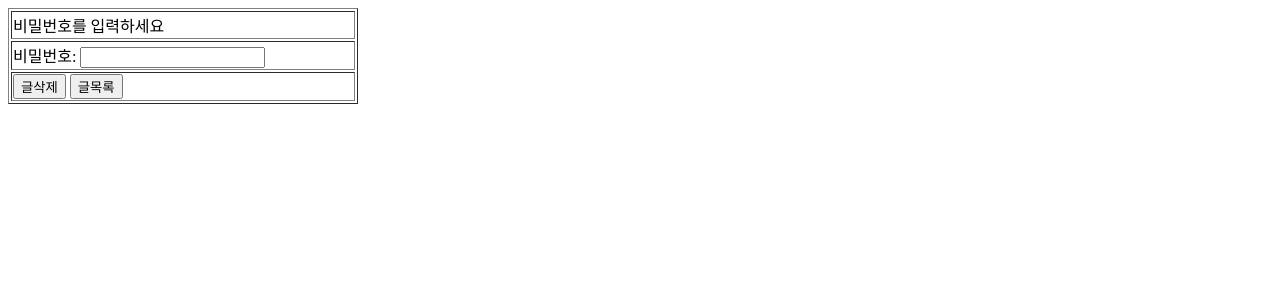
Repository: uj06134/Metabuild_JSP
Page: http://localhost/06_Board/deleteForm.jsp
The author's editor kept a copy of each file at every save. The page is drawn from the files as they stood at one save, then again after the next save.
The browser window is 1280 px wide. The pictures show the whole page.
The page is served by Tomcat 9. Other server files are loaded and not shown.

Above is the page before, as saved 2025-09-16 00:42:16.

### 06_Board/src/main/webapp/deleteForm.jsp
<%@ page language="java" contentType="text/html; charset=UTF-8"
    pageEncoding="UTF-8"%>
<!-- content.jsp(num, pageNum) => deleteForm.jsp -->
<%
	String num = request.getParameter("num");
	String pageNum = request.getParameter("pageNum");
%>
<form method="post" action="deleteProc.jsp">
	<table width="350" border="1">
		<tr>
			<td>비밀번호를 입력하세요</td>
		</tr>
		<tr>
			<td>
				비밀번호:
				<input type="password" name="passwd">
			</td>
		</tr>
		<tr>
			<td>
				<input type="submit" value="글삭제">
				<input type="button" value="글목록">
			</td>
		</tr>
	</table>
</form>

After the next save:
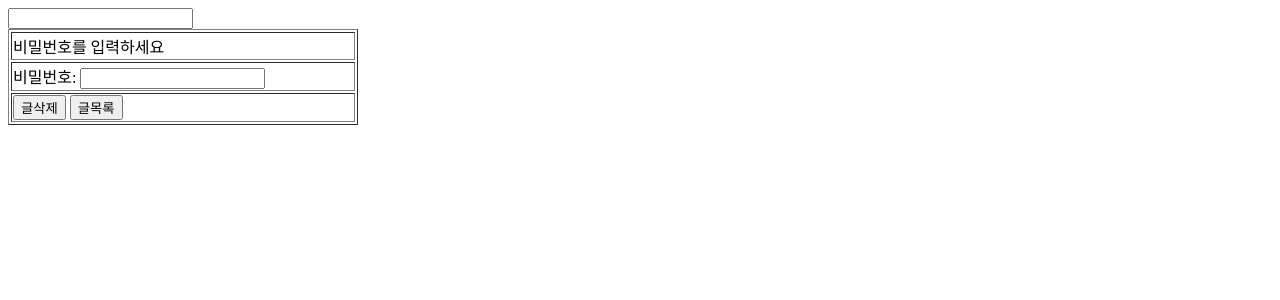
Saved 47 s later.
--- a/06_Board/src/main/webapp/deleteForm.jsp
+++ b/06_Board/src/main/webapp/deleteForm.jsp
@@ -7,6 +7,7 @@
 %>
 <form method="post" action="deleteProc.jsp">
 	<table width="350" border="1">
+		<input type="num" name="num">
 		<tr>
 			<td>비밀번호를 입력하세요</td>
 		</tr>

After the save that followed:
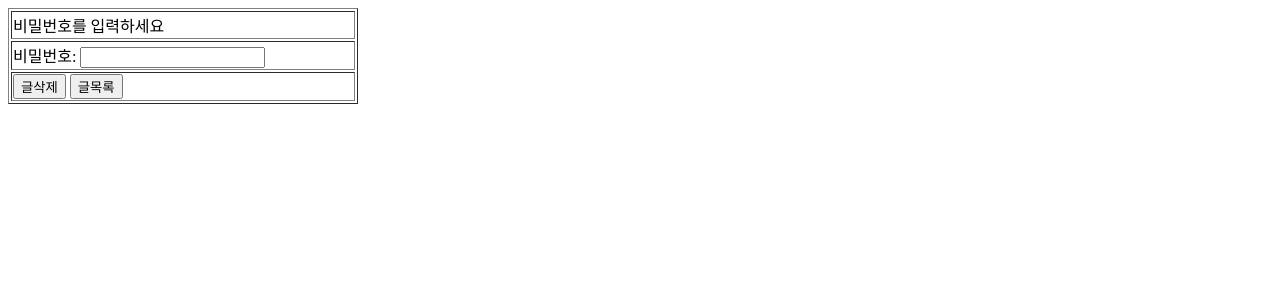
Saved 5 s later.
--- a/06_Board/src/main/webapp/deleteForm.jsp
+++ b/06_Board/src/main/webapp/deleteForm.jsp
@@ -7,7 +7,7 @@
 %>
 <form method="post" action="deleteProc.jsp">
 	<table width="350" border="1">
-		<input type="num" name="num">
+		<input type="hidden" name="num">
 		<tr>
 			<td>비밀번호를 입력하세요</td>
 		</tr>
